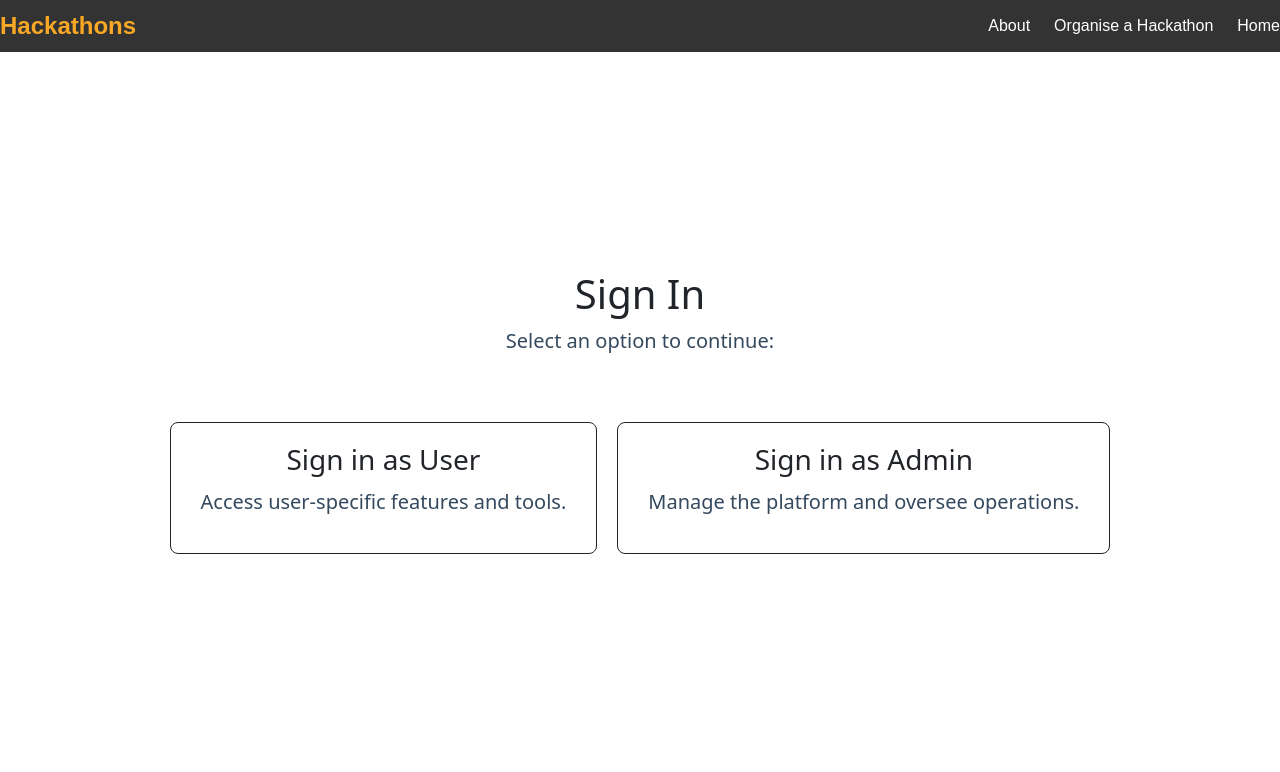
Repository: Ken-Kanike/RUBIX25_41_TECHTITANS
Page: /signin (app in backend/client/)
An editor plug-in stored every save of this project. The page is shown before and after the next save, followed by the edit.
The browser window is 1280 px wide. The pictures show the whole page.
The project was rebuilt for these pictures with package versions that can differ from the ones it lists, and the page was loaded fresh each time. Also part of the build but not shown: backend/client/src/homepage.js.

Above is the page before, as saved 2025-01-23 01:03:37.

After the next save:
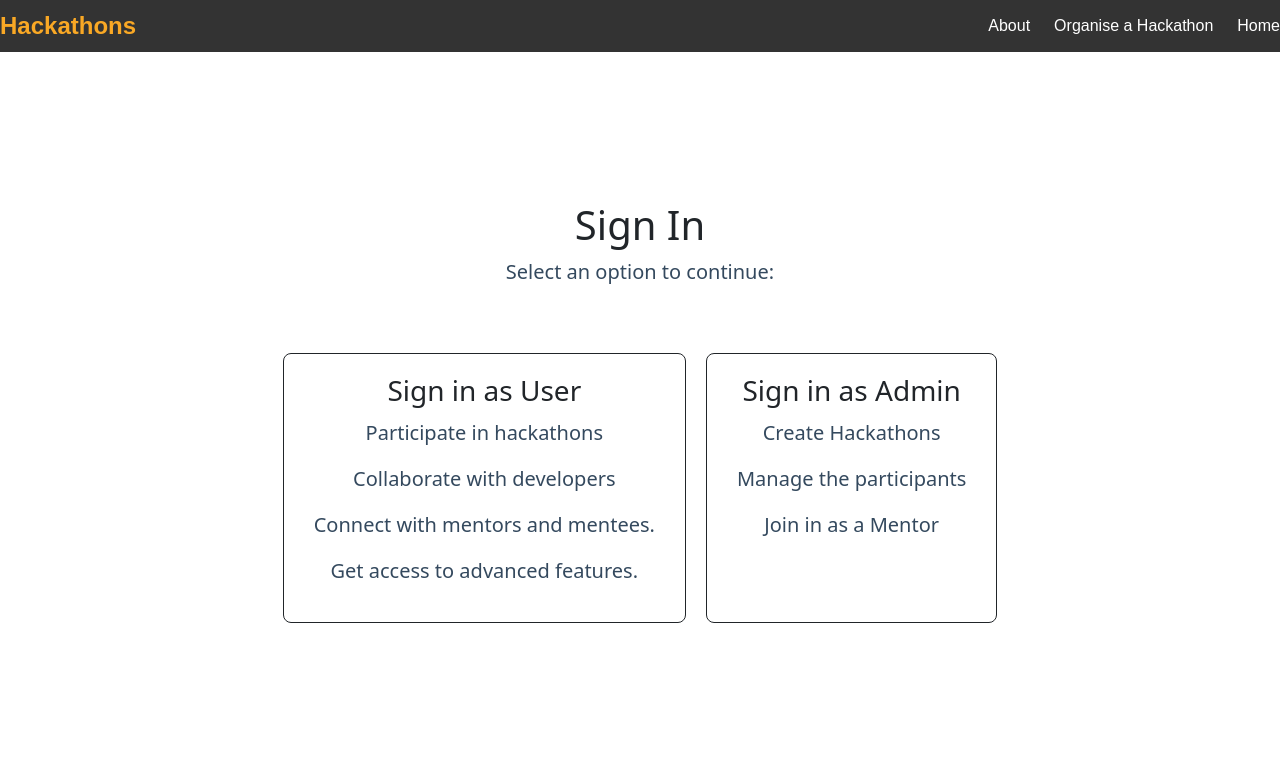
Saved 4 min 4 s later.
--- a/backend/client/src/signin.js
+++ b/backend/client/src/signin.js
@@ -60,11 +60,16 @@ const SignIn = () => {
       <Container>
         <OptionCard onClick={handleUserSignIn}>
           <h3>Sign in as User</h3>
-          <p>Access user-specific features and tools.</p>
+          <p>Participate in hackathons</p>
+          <p>Collaborate with developers</p>
+          <p>Connect with mentors and mentees.</p>
+          <p>Get access to advanced features.</p>
         </OptionCard>
         <OptionCard onClick={handleAdminSignIn}>
           <h3>Sign in as Admin</h3>
-          <p>Manage the platform and oversee operations.</p>
+          <p>Create Hackathons</p>
+          <p>Manage the participants</p>
+          <p>Join in as a Mentor</p>
         </OptionCard>
       </Container>
     </SignInPage>
